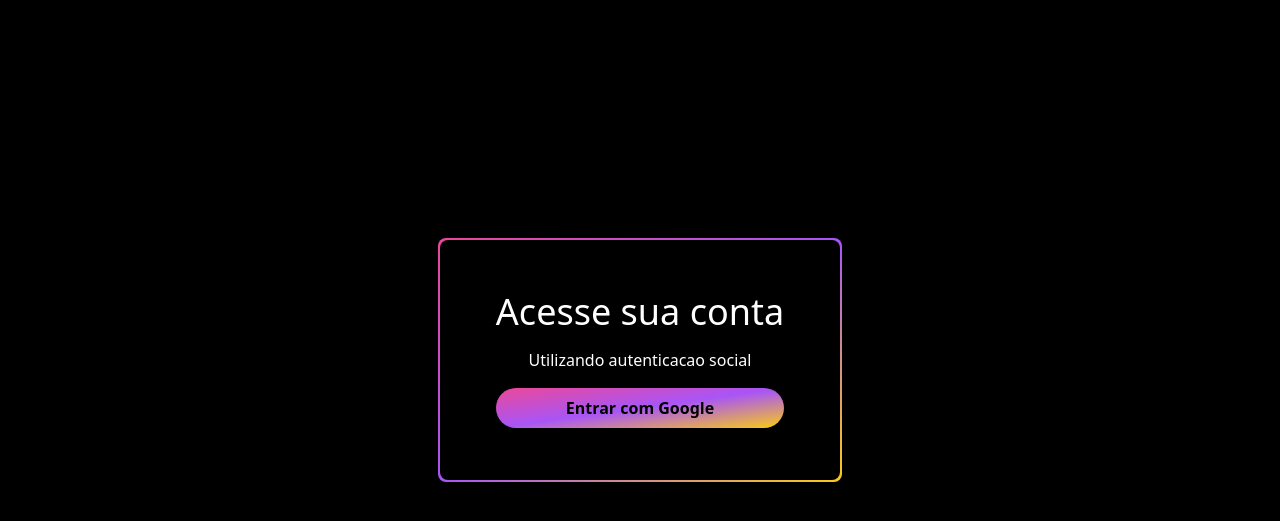
Repository: LuisSempre/firegoogle
Page: /
The author's editor kept a copy of each file at every save. The page is drawn from the files as they stood at one save, then again after the next save.
The browser window is 1280 px wide. The pictures show the whole page.
The project was rebuilt for these pictures with package versions that can differ from the ones it lists, and the page was loaded fresh each time. Also part of the build but not shown: vite.config.ts.

Above is the page before, as saved 2022-07-29 00:34:49.

After the next save:
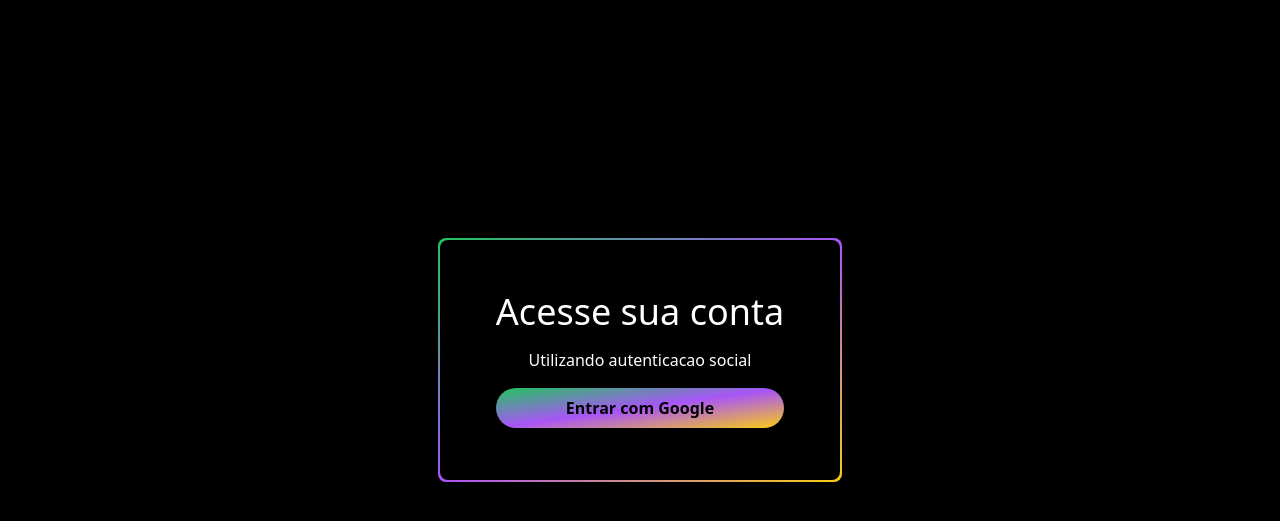
Saved 34 s later.
--- a/src/pages/Sign.tsx
+++ b/src/pages/Sign.tsx
@@ -37,14 +37,14 @@
             <span> Utilizando autenticacao social </span>{" "}
             <button
               onClick={handleSign}
-              className="w-full px-4 py-2 font-bold text-black rounded-full bg-gradient-to-br from-pink-500 via-purple-500 to-yellow-400"
+              className="w-full px-4 py-2 font-bold text-black rounded-full bg-gradient-to-br from-green-500 via-purple-500 to-yellow-400"
             >
               {" "}
               Entrar com Google{" "}
             </button>{" "}
           </div>
         </div>
-        <div className="absolute top-0 left-0 w-full h-full bg-gradient-to-br from-pink-500 via-purple-500 to-yellow-400"></div>
+        <div className="absolute top-0 left-0 w-full h-full bg-gradient-to-br from-green-500 via-purple-500 to-yellow-400"></div>
       </div>
     </div>
   );
